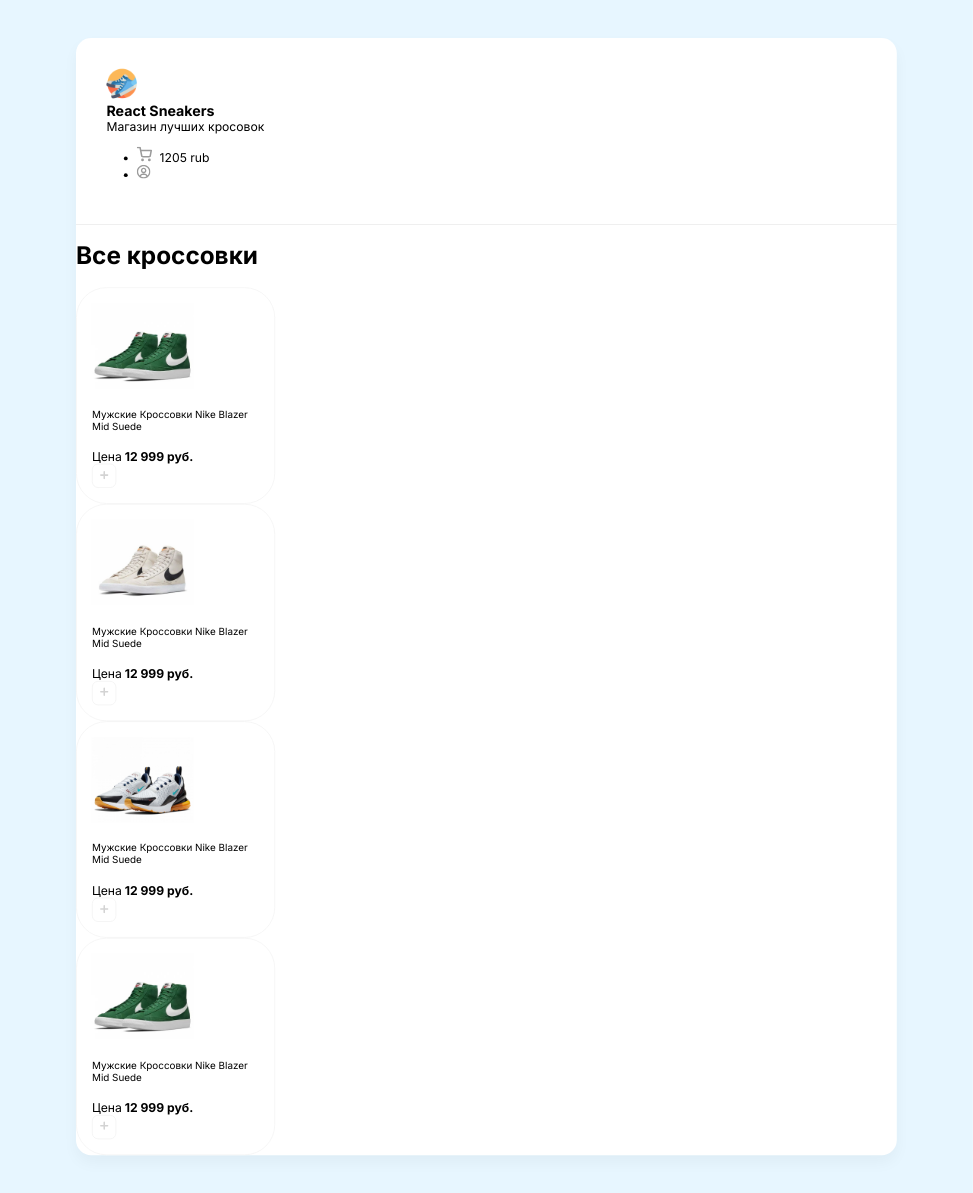
Repository: iveivs/sneakers
Page: /
These files come from the project's save history. The page is drawn as it stood at one moment and after the next save; the edit follows.
The browser window is 1280 px wide. The pictures show the whole page, at 76% of full size.
The project was rebuilt for these pictures with package versions that can differ from the ones it lists, and the page was loaded fresh each time.

Above is the page before, as saved 2024-02-10 18:13:50.

After the next save:
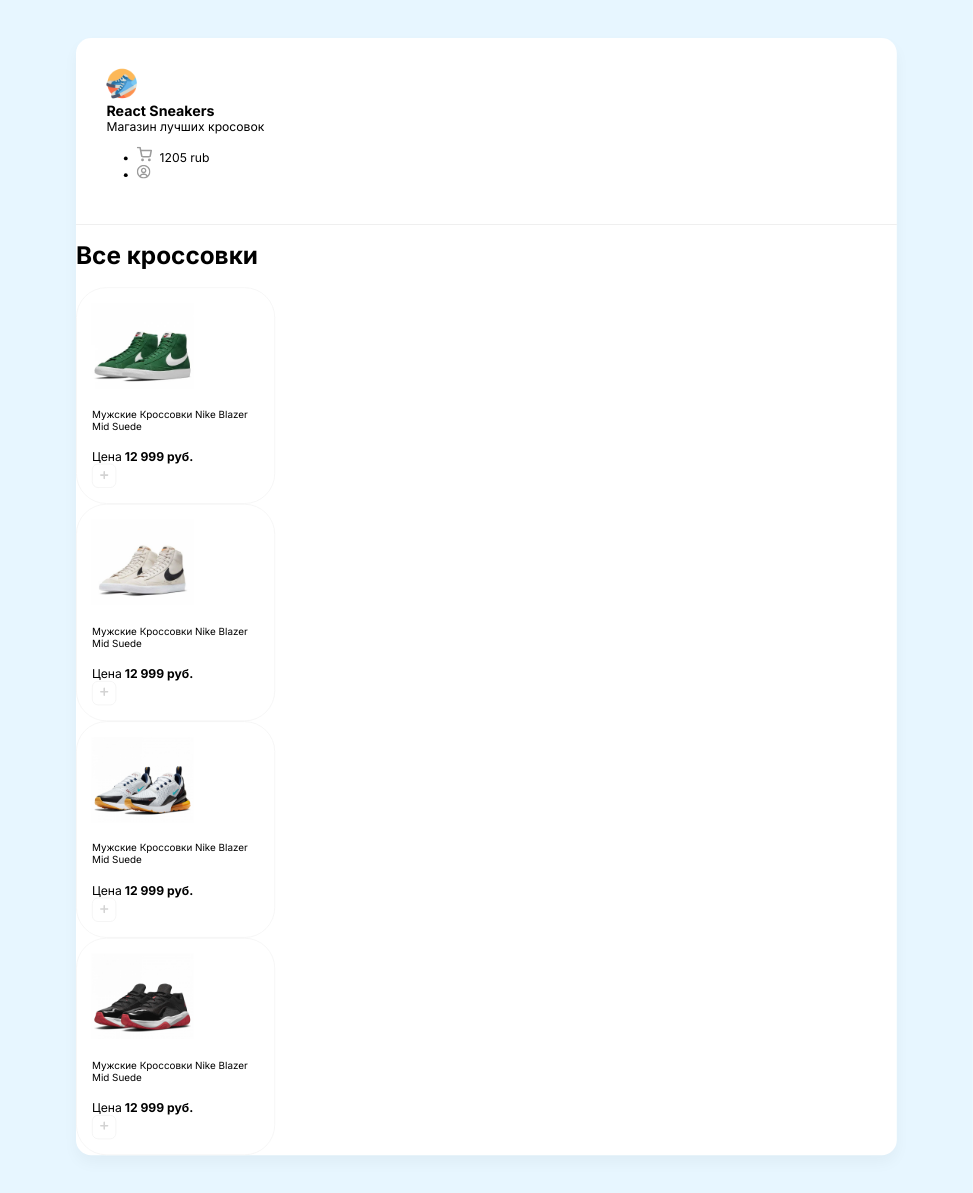
Saved 4 s later.
--- a/src/App.js
+++ b/src/App.js
@@ -82,7 +82,7 @@
 
 
         <div className="card">
-          <img width={133} height={112} src="/img/image 5.jpg" alt="" />
+          <img width={133} height={112} src="/img/image 1.jpg" alt="" />
           <h5>Мужские Кроссовки Nike Blazer Mid Suede</h5>
           <div className="d-flex justify-between align-center">
             <div className="d-flex flex-column ">
